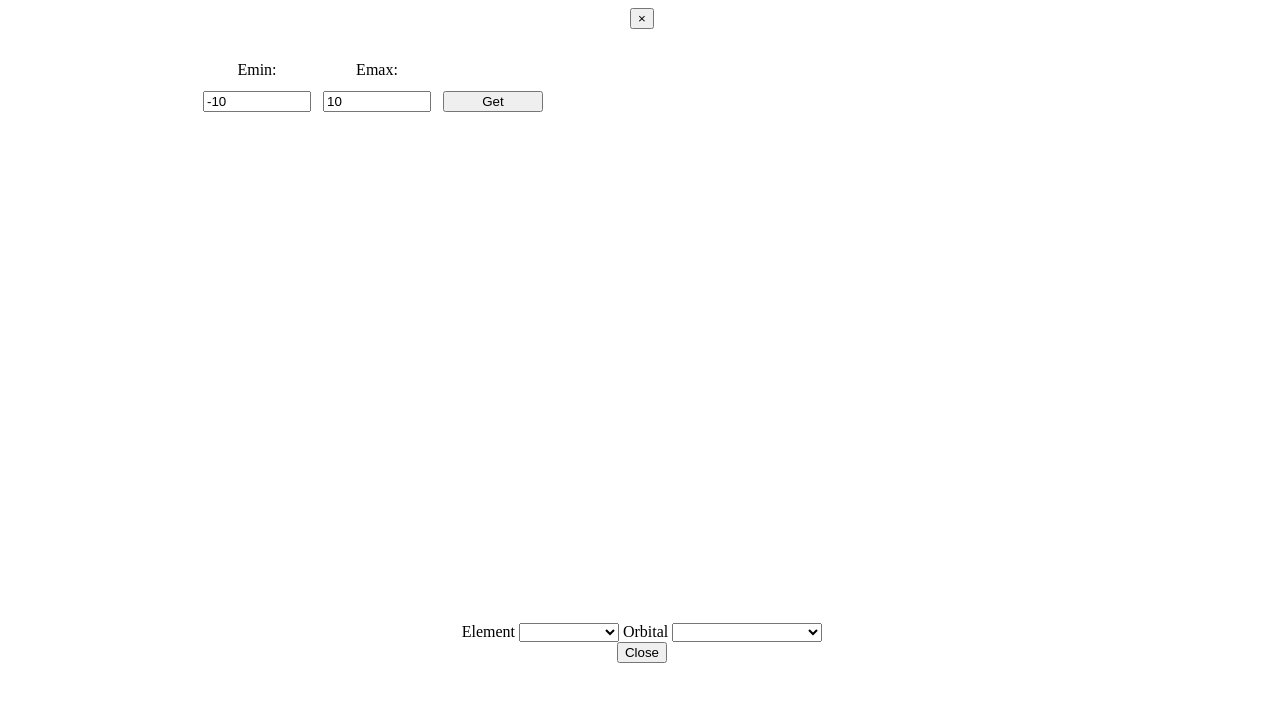
Repository: atowfiq/FESD_website-scripts
Page: http://localhost/fesdweb/BandstructureChart.jsp
The author's editor kept a copy of each file at every save. The page is drawn from the files as they stood at one save, then again after the next save.
The browser window is 1280 px wide. The pictures show the whole page.
The page is served by Tomcat 9. Other server files are loaded and not shown.

Above is the page before, as saved 2017-07-28 01:01:43.

### fesdweb/WebContent/BandstructureChart.jsp
<%@ page language="java" contentType="text/html; charset=ISO-8859-1"
    pageEncoding="ISO-8859-1"%>
<!DOCTYPE html PUBLIC "-//W3C//DTD HTML 4.01 Transitional//EN" "http://www.w3.org/TR/html4/loose.dtd">
<html>
<head>
<meta http-equiv="Content-Type" content="text/html; charset=ISO-8859-1">
<title>Bandstructure</title>

<style type="text/css">
.main{
margin-top:-40px;
}


.modal .modal-body {
    max-height: 800px;
    overflow-y: auto;
}
.modal {
  text-align: center;
}

@media screen and (min-width: 768px) {
  .modal:before {
    content: " ";
    display: inline-block;
    height: 100%;
    vertical-align: middle;
  }
}

.modal-dialog {
  display: inline-block;
  text-align: center;
  vertical-align: middle;
}

</style>

    <script type="text/javascript">

      function drawChart(bands) {
    	//  $("#Bands").append($("<option></option>").val('All').html('All'));
     	  $.each(bands, function (key, value) {

 	         $("#BandsFrom").append($("<option></option>").val(value.Index).html(value.Index));
 	        $("#BandsTo").append($("<option></option>").val(value.Index).html(value.Index));

     	  });

     	 drawBandChart(bands);

          }

      	  function drawBandChart(bands)
      	  {


      	  BandChart = document.getElementById('BandChart');
      	  Plotly.purge(BandChart);

      	  var data =[];
      	  var dx=[];
    	  for(var i=0;i<bands[0].Energy.split(", ").length;i++)
    	         	  dx.push(i);
      	  for(var l=0;l<bands.length;l++)
      		{

      		  data.push({x:dx,y:bands[l].Energy.split(", ")});
      		}
      	  /* [{
      	      x: [1, 2, 3, 4, 5],
      	      y: [1, 2, 4, 8, 16],
      	  	},{
      	      x: [1, 2, 3, 4, 5],
      	      y: [2, 4, 6, 8, 16],
      	  	}]*/

      	 var layout = {
       			  title: 'Bandstructure' + Compound.Formula,

       			  yaxis: {
       			    range: [-10, 10],
       			    autorange: false
       			  },

       			};
      	  Plotly.plot( BandChart,data, layout );
      	  }

      	  function drawChartSingleBand(index,bands,orbitalValue)
      	  {



      		 BandChart = document.getElementById('BandChart');
      		 Plotly.purge(BandChart);

      		 var data =[];
         	  var dx=[];
         	  for(var i=0;i<bands[index].Energy.split(", ").length;i++)
         		  dx.push(i);

         	var weight= orbitalValue.split(", ");


         	// data.push({x:dx,y:bands[index].Energy.split(", ")});
         	  data.push({x:dx,
         			  y:bands[index].Energy.split(", "),
         			  type: 'scatter',                    // set the chart type
        		      mode: 'lines',
        		      line: {                             // set the width of the line.
        		         width: 1
        		      },

        		      error_y: {
        		        array: weight.map(function(x) { return x ; }),
        		        thickness: 0.5,                   // set the thickness of the error bars
        		        width: 0
        		      }


         		  });



         	  Plotly.plot( BandChart,data, {
         	      margin: { t: 0 } } );



      	  }

      	function GetBandstructures()
      	{
      		var bandsFrom=$("#BandsFrom").val(),bandsTo =$("#BandsTo").val();
      		if(bandsFrom>bandsTo)
      		{
      			alert("Bands from should be less than bands to.");
      			return;
      		}
      		$.get('BandStructureServlet', {
      			from: bandsFrom,
      			to: bandsTo,
      			id:Compound.Id
      			 }, function(data) {
      				 $("#CompoundElements").html('');
      				    $("#CompoundElements").append($("<option></option>").val("None").html("None"));
      			  	     $.each(data, function (key, value) {

      			  	         $("#CompoundElements").append($("<option></option>").val(JSON.stringify({Header: value.Header,PartialEnergy:value.PartialEnergy})).html(value.Element+" "+value.ElementIndex));
      			  	       });



      		});



      	}


    </script>

</head>
<body>
<div  id="Viewer"  class="modal fade bs-example-modal-lg" tabindex="-1" role="dialog" aria-labelledby="myLargeModalLabel" style="width:100%">
    <div class="modal-dialog modal-lg">

      <!-- Modal content-->


      <div class="modal-content">
        <div class="modal-header">
          <button type="button" class="close" data-dismiss="modal">&times;</button>
          <h4 class="modal-title" id="CompoundFormulaName"></h4>

        </div>
        <div class="modal-body">
    <div>
    <table cellspacing="10">
    <tr>
	    <td>
	    	<label>Emin:</label>
	    </td>
	    <td>
	    	<label>Emax:</label>
	    </td>
    </tr>
    <tr>
    <td>
   		<input id="EminBC" style="width:100px;"  class="form-control"  value="-10">
	</td>

	<td>
	<input id="EmaxBC" style="width:100px;"  class="form-control"  value="10">
	</td>
	<td>
	<button style="width:100px;" class="btn btn-secondary" onclick="GetBandstructures()">Get </button>

	</td>
	</tr>
	</table>
	</div>

   <div id="BandChart" style="width: 900px; height: 500px"></div>


 <label  class="control-label ">Element </label> <select style="width: 100px; "  id="CompoundElements">

		</select>
		<label  class="control-label ">Orbital</label> <select style="width: 150px; "  id="Orbitals">

		</select>
<div id="ViewerContent"  style="display: none;"> <img src="" id="imagepreview" style="padding: 5px; width: 800px; height: 600px;" ></div>
        </div>
        <div class="modal-footer">
          <button type="button" class="btn btn-default" data-dismiss="modal">Close</button>
        </div>
      </div>

    </div>
  </div>


</body>
</html>

After the next save:
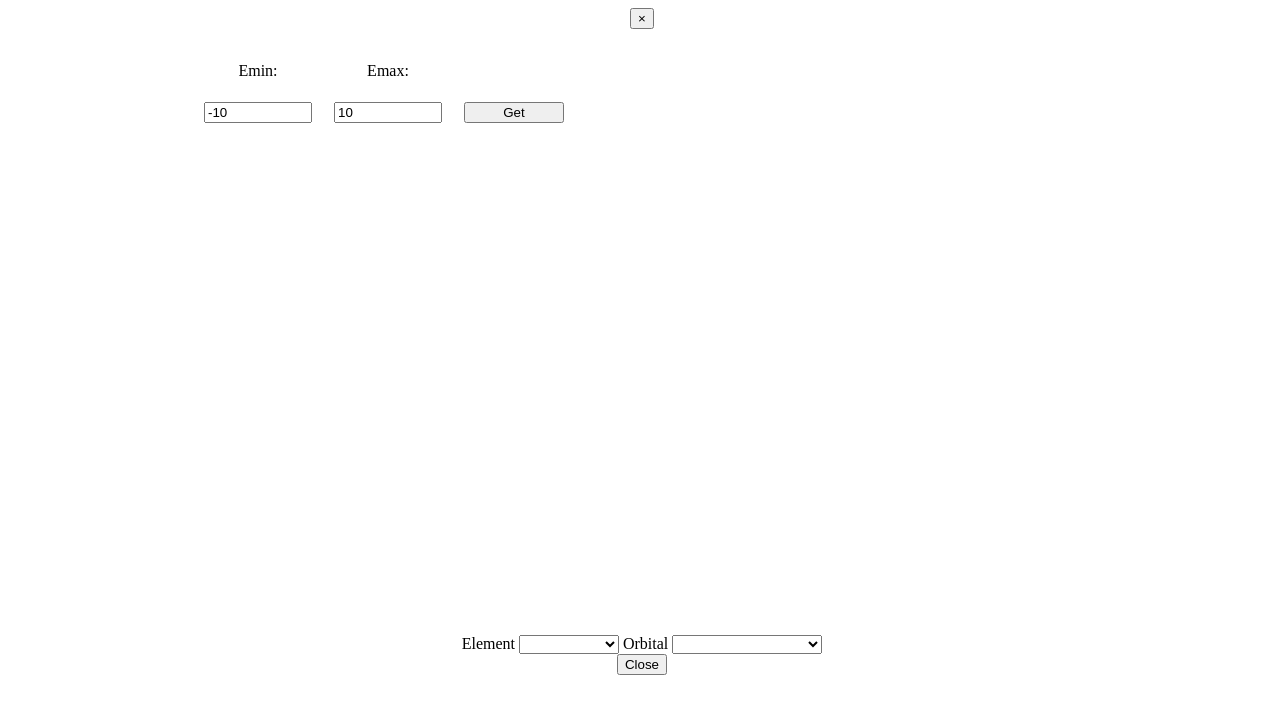
Saved 24 s later.
--- a/fesdweb/WebContent/BandstructureChart.jsp
+++ b/fesdweb/WebContent/BandstructureChart.jsp
@@ -178,7 +178,7 @@ margin-top:-40px;
         </div>
         <div class="modal-body">
     <div>
-    <table cellspacing="10">
+    <table cellpadding="10">
     <tr>
 	    <td>
 	    	<label>Emin:</label>
